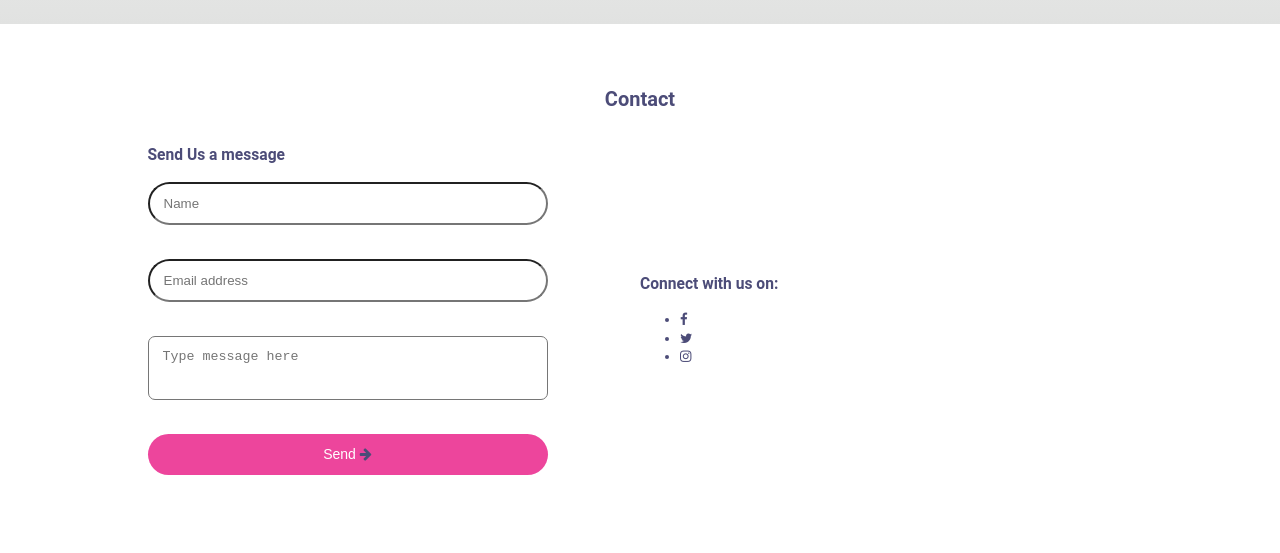
Repository: wisdomspine/emmatech-website
Page: index.html
These files come from the project's save history. The page is drawn as it stood at one moment and after the next save; the edit follows.
The browser window is 1280 px wide. The pictures show the part of the page from y = 1532 to 2085 px (the page is 2085 px tall).
The first visible `.home-contact button` is being pressed.
A picture or video elsewhere on the page could not be fetched, so the positions and the page height are approximate.

Above is the page before, as saved 2020-11-02 12:30:13.

After the next save:
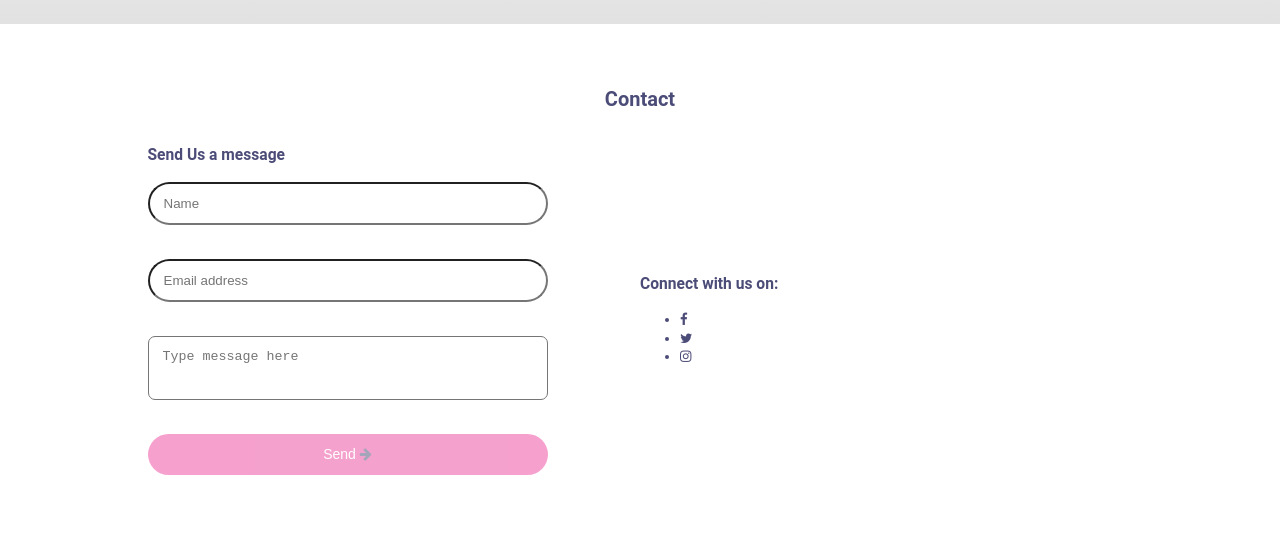
Saved 47 s later.
--- a/assets/styles/index.css
+++ b/assets/styles/index.css
@@ -154,3 +154,6 @@ textarea{
     box-shadow: none;
     outline-width: 0px;
 }
+.home-contact button:active{
+    opacity: .5;
+}
